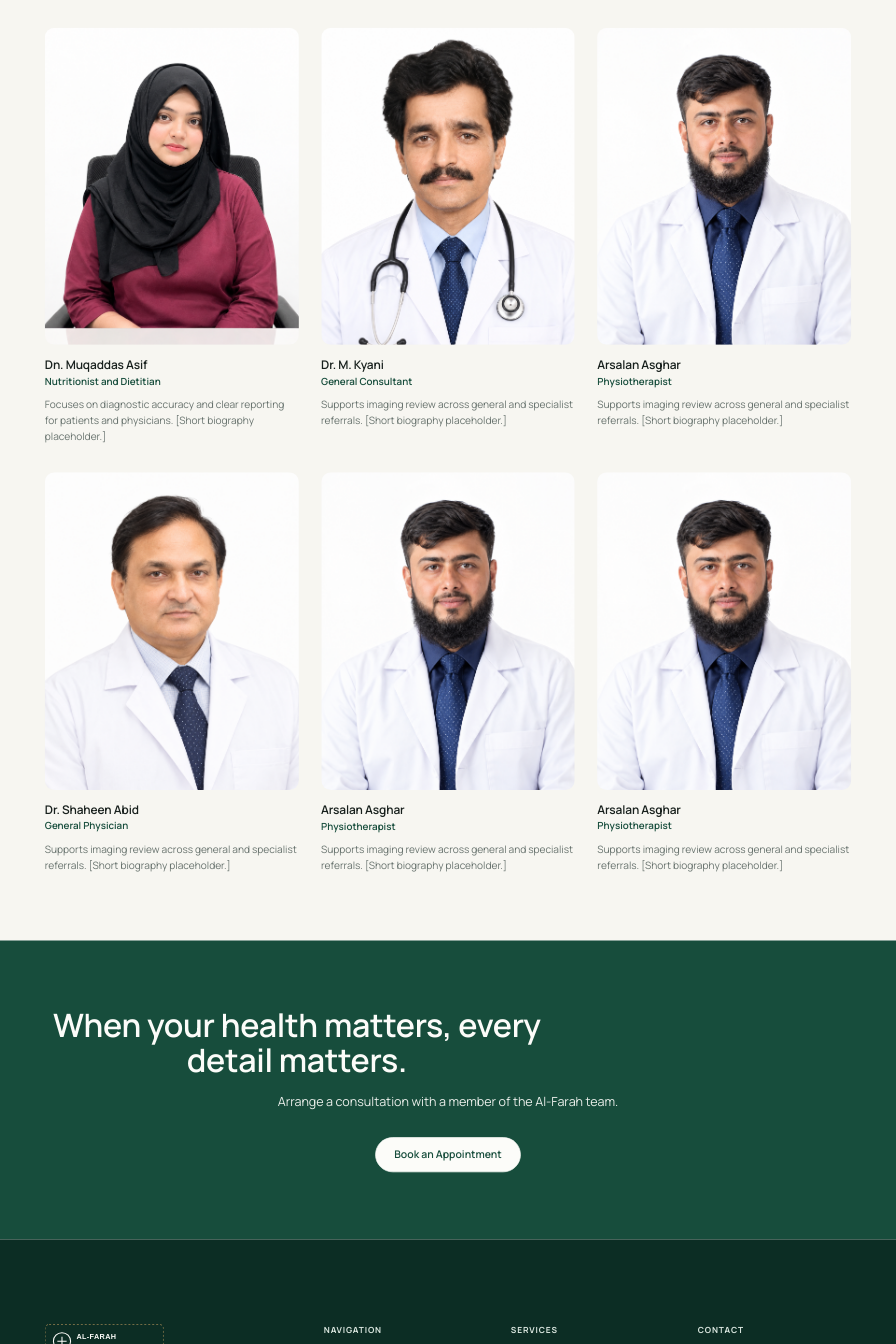
Repository: mraeesaziz45/al-farah
Page: team.html
These files come from the project's save history. The page is drawn as it stood at one moment and after the next save; the edit follows.
The browser window is 1280 px wide. The pictures show the part of the page from y = 3701 to 5621 px (the page is 5934 px tall), at 70% of full size.

Above is the page before, as saved 2026-09-08 18:07:34.

After the next save:
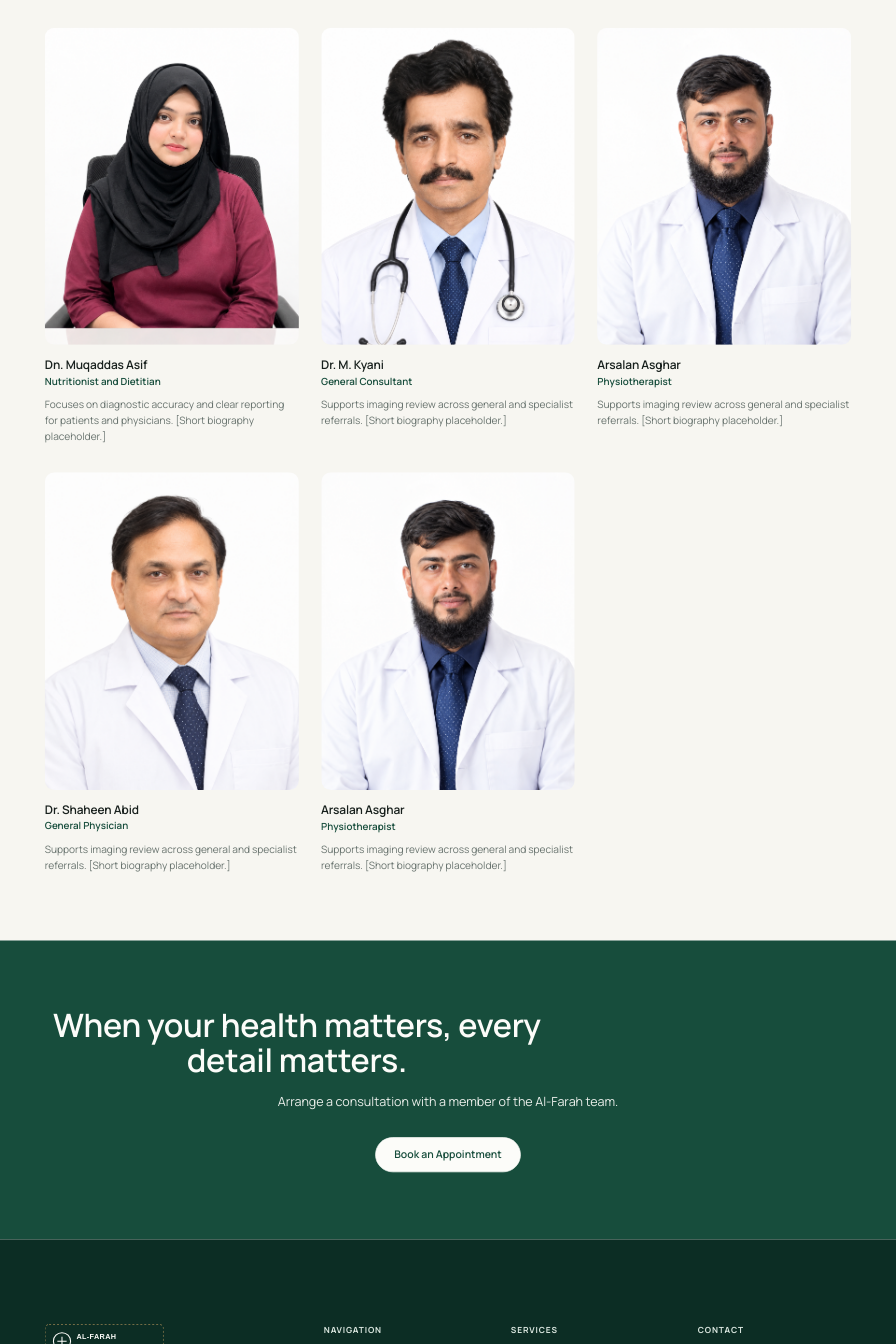
Saved 30 s later.
--- a/team.html
+++ b/team.html
@@ -205,14 +205,6 @@
           <span class="role">Physiotherapist</span>
           <p class="bio">Supports imaging review across general and specialist referrals. [Short biography placeholder.]</p>
         </div>
-        <div class="team-card" data-reveal>
-          <div class="team-card-media">
-            <img src="assets/images/team/arsalan.png" alt="Portrait placeholder for a radiologist" width="1000" height="1250" loading="lazy" decoding="async">
-          </div>
-          <h3 class="h4">Arsalan Asghar</h3>
-          <span class="role">Physiotherapist</span>
-          <p class="bio">Supports imaging review across general and specialist referrals. [Short biography placeholder.]</p>
-        </div>
 
       </div>
     </div>
